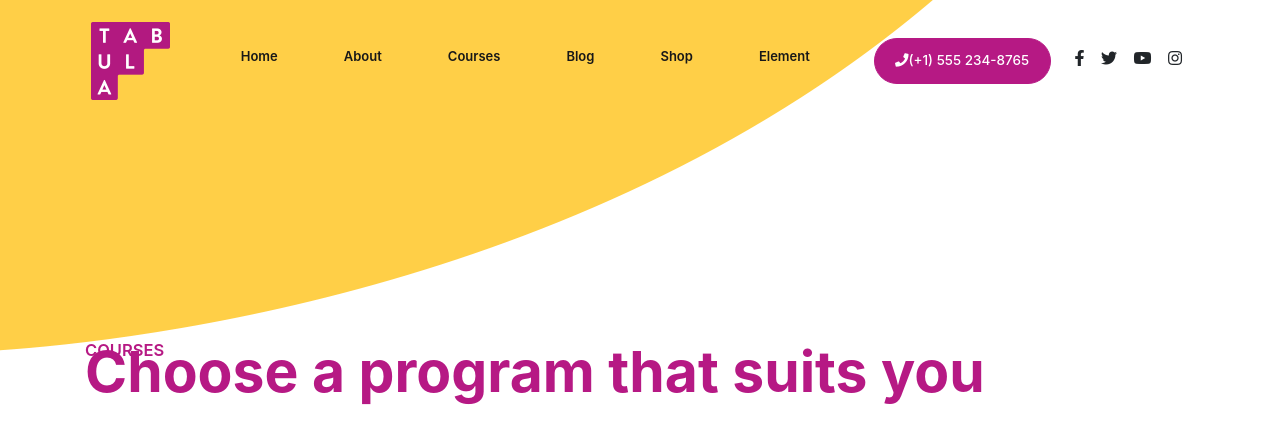
Repository: Khanh1234-glitch/TruongNguyenBaoKhanh_BC22_assignment__tabula
Page: Tabula/index.html
The author's editor kept a copy of each file at every save. The page is drawn from the files as they stood at one save, then again after the next save.
The browser window is 1280 px wide. The pictures show the whole page.
The style sheet was rebuilt from its Sass, Less or Tailwind sources for each picture, by a compiler version that may differ from the author's.

Above is the page before, as saved 2022-04-16 09:29:18.

After the next save:
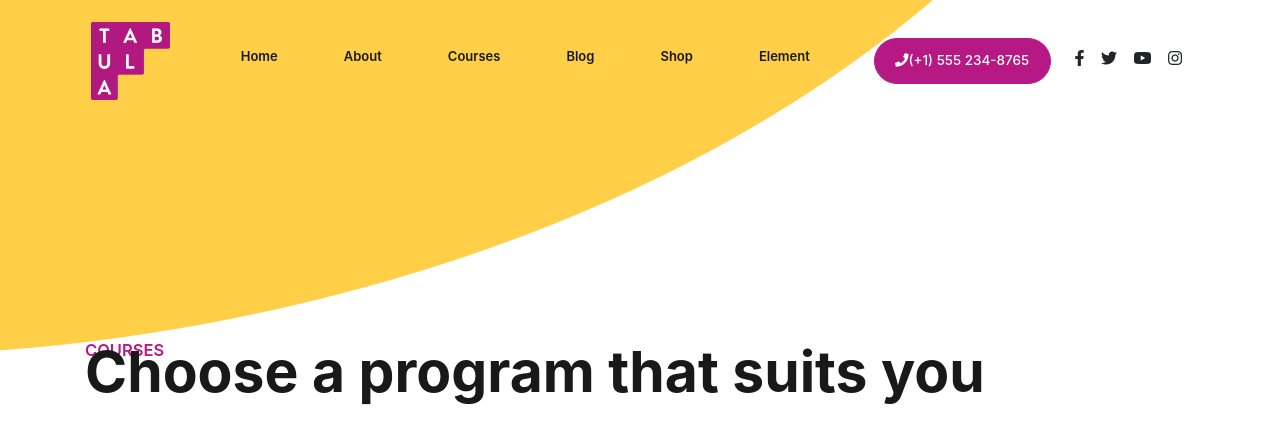
Saved 8 s later.
--- a/Tabula/Sass/Component/_herobook.scss
+++ b/Tabula/Sass/Component/_herobook.scss
@@ -5,7 +5,7 @@
         line-height: 19.8px;
     }
     h1 {
-        @include content2($fs-2, $fw-3, $color3);
+        @include content2($fs-2, $fw-3, $color4);
         line-height: 19.8px;
     }
 }
